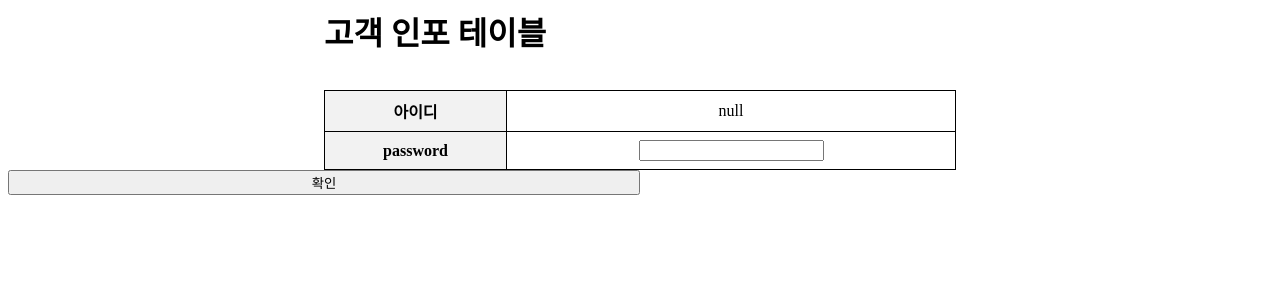
Repository: 2JISUN/hta-lecture-basic
Page: http://localhost/jsp03/info.jsp
The author's editor kept a copy of each file at every save. The page is drawn from the files as they stood at one save, then again after the next save.
The browser window is 1280 px wide. The pictures show the whole page.
The page is served by Tomcat 10. Other server files are loaded and not shown. Queries for data that is not in the repository find no rows.

Above is the page before, as saved 2023-09-15 06:37:22.

### jsp-lecture/jsp03/src/main/webapp/info.jsp
<%@page import="java.sql.ResultSet"%>
<%@page import="java.sql.PreparedStatement"%>
<%@page import="java.sql.Connection"%>
<%@page import="java.sql.DriverManager"%>
<%@ page language="java" contentType="text/html; charset=UTF-8"
    pageEncoding="UTF-8"%>
<!DOCTYPE html>
<html>
<head>
    <meta charset="UTF-8">
    <title>고객 인포 테이블</title>
    <style>
        h1 {
            width: 50%;
            margin: auto;
        }
        table {
            border-collapse: collapse;
            width: 50%;
            margin: auto;
        }
        th, td {
            border: 1px solid black;
            padding: 8px;
            text-align: center;
        }
        th {
            background-color: #f2f2f2;
        }
        button {
            width: 50%;
        }
    </style>
</head>
<body>
<%
    String userID = request.getParameter("id");

    //1. driver 찾기
    String driver = "oracle.jdbc.OracleDriver";
    Class.forName(driver);

    //2. url
    // 자바17 = 오라클11
    String url = "jdbc:oracle:thin:@localhost:1521:xe";
    String id = "jisun";
    String pw = "1234";

    Connection conn = DriverManager.getConnection(url, id, pw);
    System.out.println("db연결 성공");

    //3. 조회 : 쿼리 작성 + 결과값 받아오기
    //3-1. 쿼리문 처리 메서드
    //3-2. 결과값 받아오기 select 를 제외하고 나머지는 정수 0
    PreparedStatement pstmt = null;
    ResultSet rs = null;
    String sql = "select * from test where id = ?";
    pstmt = conn.prepareStatement(sql);
    pstmt.setString(1, userID);
    rs = pstmt.executeQuery();
%>
<h1>고객 인포 테이블</h1>
<br>
<br>
<table>
    <tbody>
        <tr>
            <th>아이디</th>
            <td><%= userID %></td>
        </tr>
        <tr>
            <th>password</th>
            <td><input type="password" name="userPW"></td>
        </tr>
    </tbody>
</table>
<input type="hidden" name="userID" value="<%= userID %>" readonly>
<button>확인</button>
</body>
</html>

After the next save:
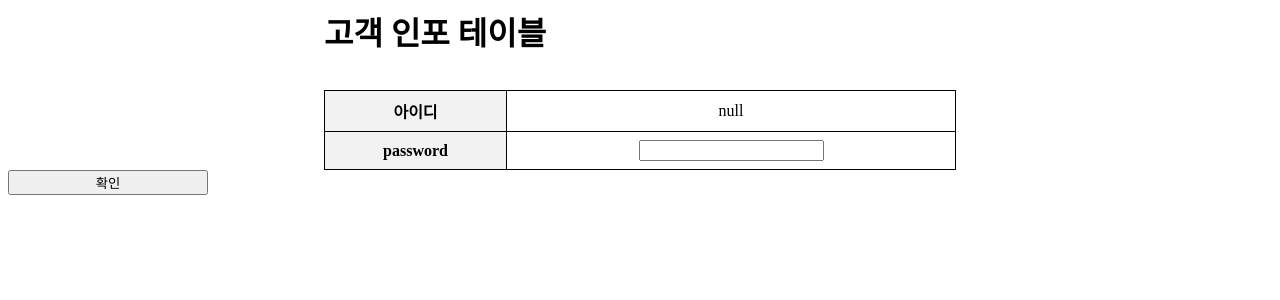
Saved 2 min 5 s later.
--- a/jsp-lecture/jsp03/src/main/webapp/info.jsp
+++ b/jsp-lecture/jsp03/src/main/webapp/info.jsp
@@ -28,7 +28,8 @@
             background-color: #f2f2f2;
         }
         button {
-            width: 50%;
+            width:200px;
+            margin: 0 auto;
         }
     </style>
 </head>
@@ -59,22 +60,23 @@
     pstmt.setString(1, userID);
     rs = pstmt.executeQuery();
 %>
-<h1>고객 인포 테이블</h1>
-<br>
-<br>
-<table>
-    <tbody>
-        <tr>
-            <th>아이디</th>
-            <td><%= userID %></td>
-        </tr>
-        <tr>
-            <th>password</th>
-            <td><input type="password" name="userPW"></td>
-        </tr>
-    </tbody>
-</table>
-<input type="hidden" name="userID" value="<%= userID %>" readonly>
-<button>확인</button>
-</body>
+
+	<h1>고객 인포 테이블</h1>
+	<br>
+	<br>
+	<table>
+	    <tbody>
+	        <tr>
+	            <th>아이디</th>
+	            <td><%= userID %></td>
+	        </tr>
+	        <tr>
+	            <th>password</th>
+	            <td><input type="password" name="userPW"></td>
+	        </tr>
+	    </tbody>
+	</table>
+	<input type="hidden" name="userID" value="<%= userID %>" readonly>
+	<button>확인</button>
+	</body>
 </html>
